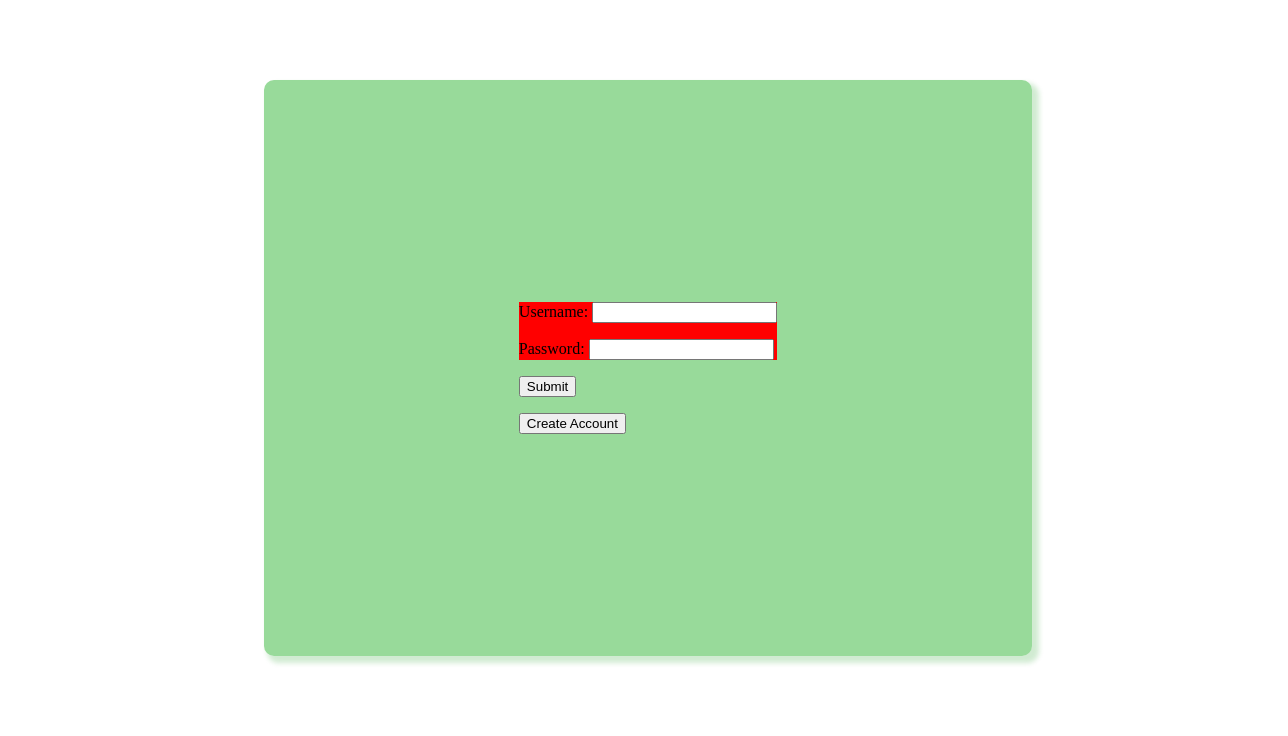
Repository: Jtho28/4830-group-project
Page: Esports-webproj/src/main/webapp/WEB-INF/Login.html
These files come from the project's save history. The page is drawn as it stood at one moment and after the next save; the edit follows.
The browser window is 1280 px wide. The page is 1288 px wide, so the pictures cover 1288 px, including what lies to the right of the window. The pictures show the whole page.

Above is the page before, as saved 2022-11-16 21:26:30.

### Esports-webproj/src/main/webapp/WEB-INF/Login.html
<!DOCTYPE html>
<html>
<head>
<meta charset="UTF-8">
<title>Login</title>
<link rel="stylesheet" href="login.css">
</head>
<body>
<div class="login">
<form action="Login" method="post">
<div class="fields">
<p>Username: <input type="text" name="username" /></p>
<p>Password: <input type="password" name="password" /></p>
</div>
<p><input type="submit" />
<p><button type="button">
Create Account
</button>
</form>
</div>
</body>
</html>

### Esports-webproj/src/main/webapp/WEB-INF/login.css
@charset "UTF-8";

body {
	display: flex;
	align-items: center;
	justify-content: center;
	height: 100vh;
	width: 100vw;
	background: rgba(255,255,255, .8);

}

.login {
	height: 80vh;
	width: 60vw;
	display: flex;
	align-items: center;
	justify-content: center;

	border-radius: 10px;
	background: rgba(50, 181, 55, .5);
	transition: ease all 0.5s;
	box-shadow: 5px 5px 5px 2px rgba(25,154,30, .2)
}
.login:hover {
	background: rgba(50, 181, 55, .5);
}

.login .fields{
	background: red;
}

h1 {
	color: yellow;
	margin-left: 20px;
}

After the next save:
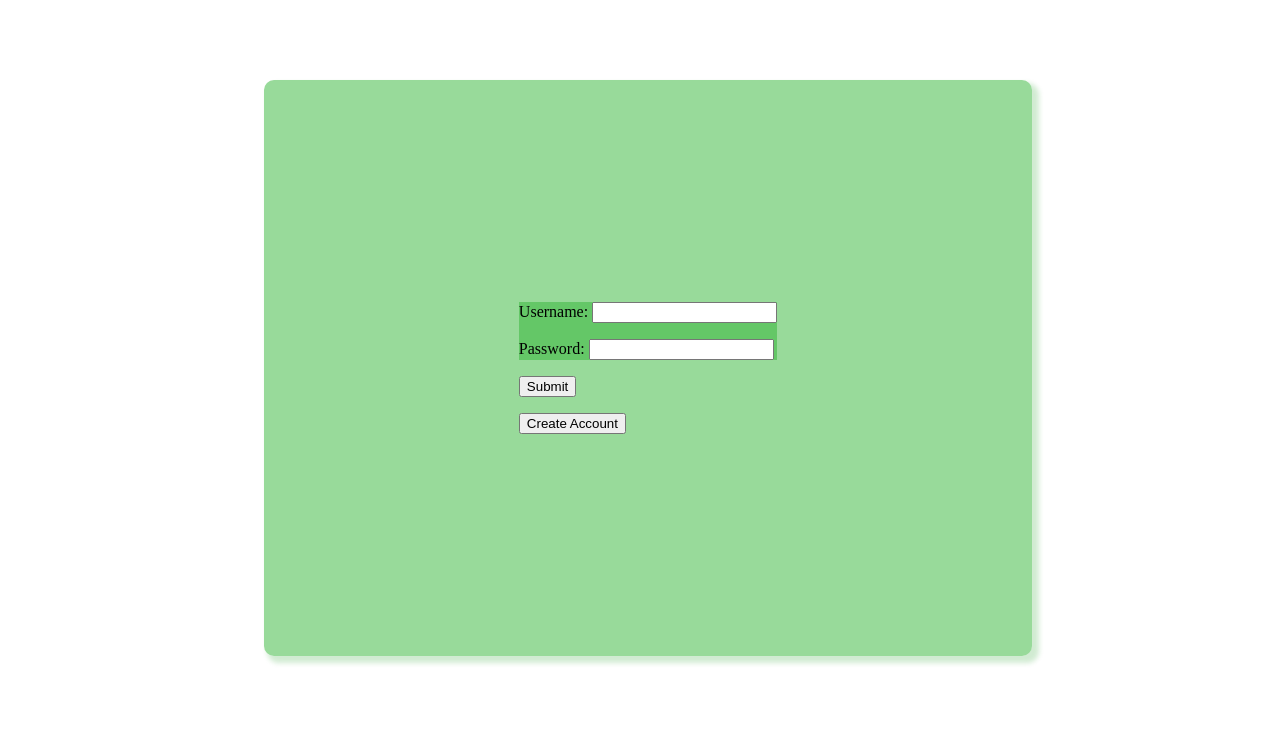
Saved 38 s later.
--- a/Esports-webproj/src/main/webapp/WEB-INF/login.css
+++ b/Esports-webproj/src/main/webapp/WEB-INF/login.css
@@ -27,7 +27,7 @@ body {
 }
 
 .login .fields{
-	background: red;
+	background: rgba(50, 181, 55, .5);
 }
 
 h1 {
